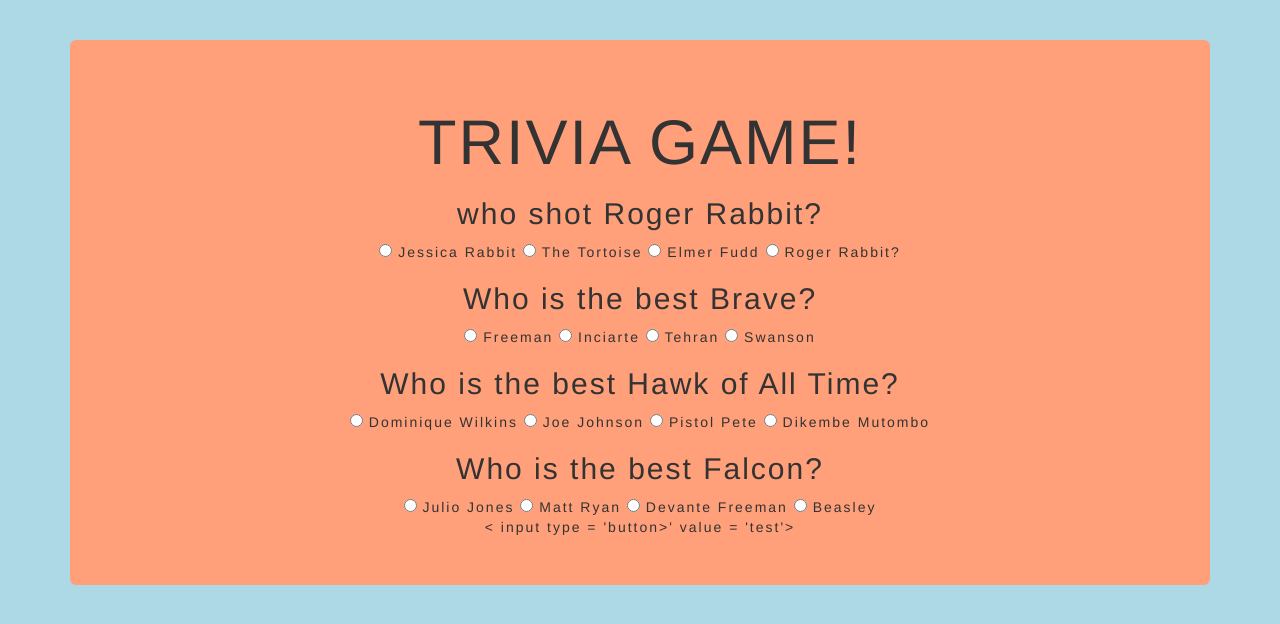
Repository: phiniezyc/TriviaGame
Page: index.html
These files come from the project's save history. The page is drawn as it stood at one moment and after the next save; the edit follows.
The browser window is 1280 px wide. The pictures show the whole page.
After loading, the first visible `#startGameButton` was clicked once.
Some web libraries are served in a nearby version.

Above is the page before, as saved 2017-09-14 00:48:38.

After the next save:
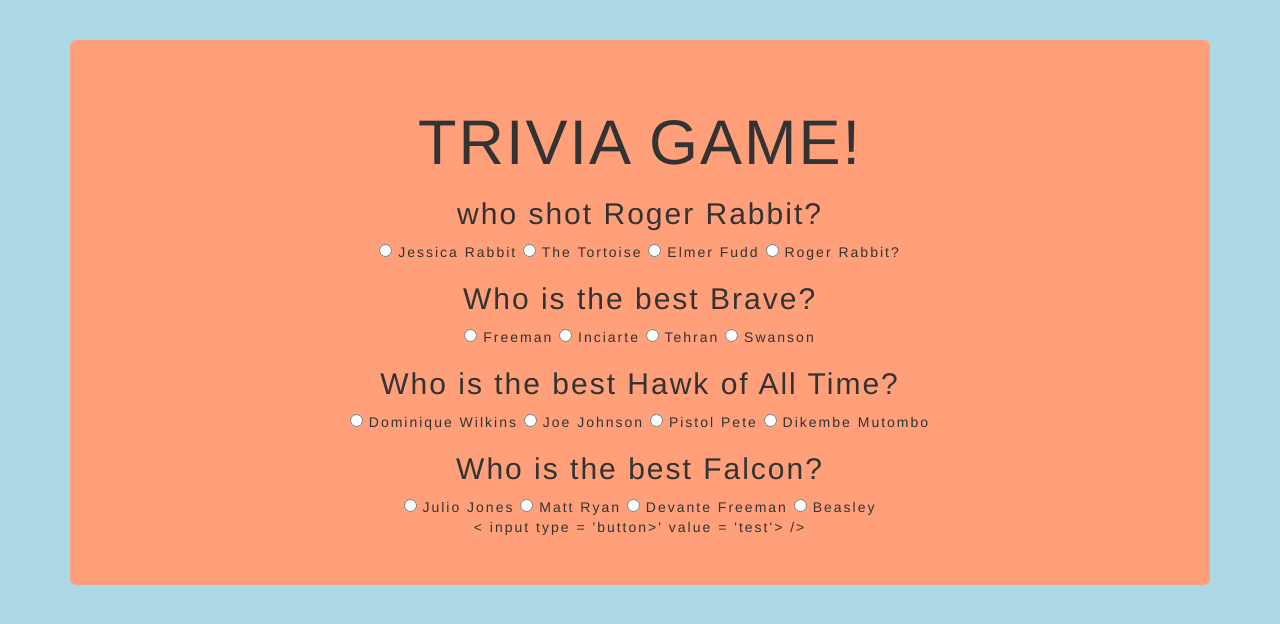
Saved 7 s later.
--- a/assets/javascript/app.js
+++ b/assets/javascript/app.js
@@ -7,7 +7,7 @@
             $("#questionSection").append("<input type = 'radio' name= 'questionsToAsk" + i + " 'value' " + questions[i].answers[j] + "'>" + questions[i].answers[j])
         }
     }
-    $("#questionSection").after("< input type = 'button>' value = 'test'> </>");
+    $("#questionSection").after("< input type = 'button>' value = 'test'> />");
 });
 
 var questions = [{
